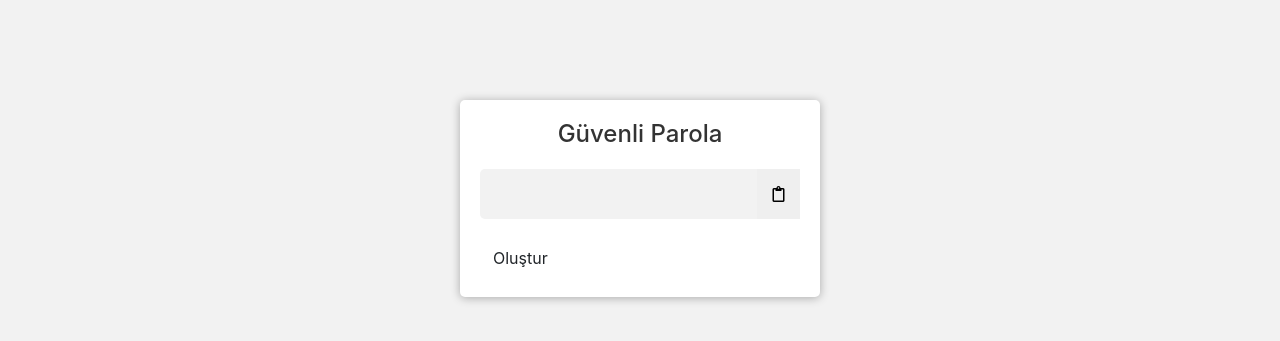
Repository: DogukanSAVA/SecurityKey
Page: index.html
The author's editor kept a copy of each file at every save. The page is drawn from the files as they stood at one save, then again after a run of saves.
The browser window is 1280 px wide. The pictures show the whole page.
Some web libraries are served in a nearby version.

Above is the page before, as saved 2021-09-20 13:53:17.

After the next 2 saves:
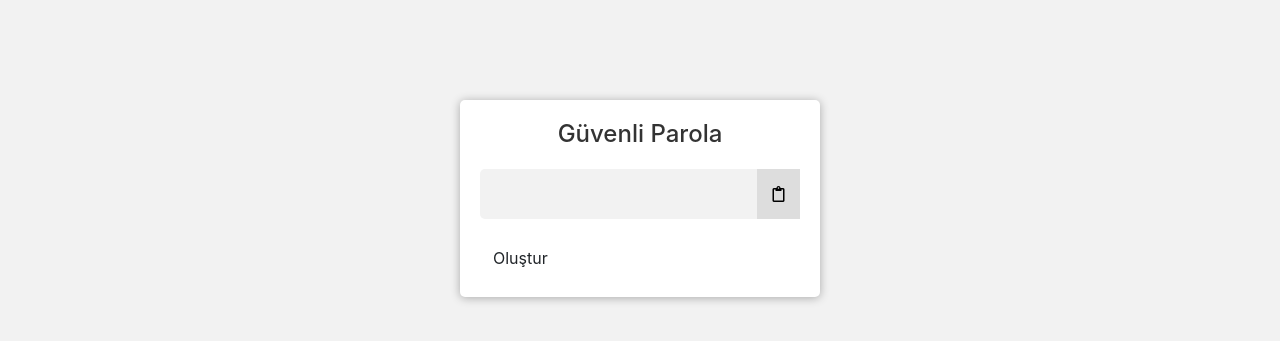
The 2 saves are shown as one change because they came seconds apart.
The last was saved 11 s later.
--- a/style.css
+++ b/style.css
@@ -49,4 +49,5 @@ h2 {
           outline: 0;
           width: 50px;
           height: 50px;
+          background-color: #ddd;
 }
